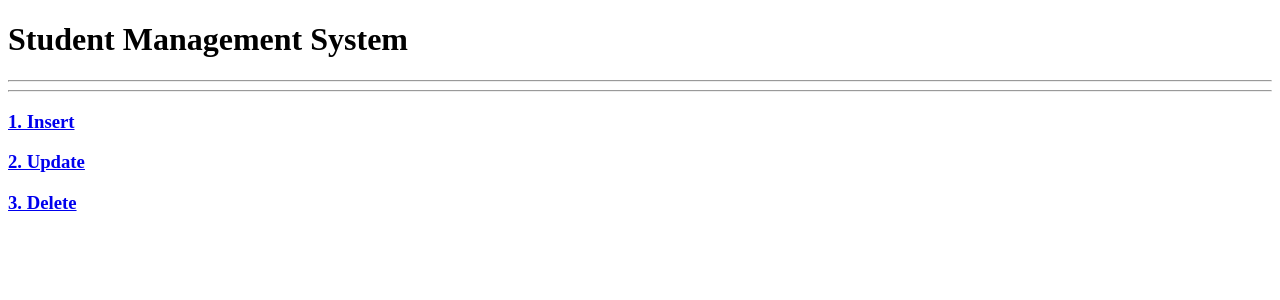
Repository: Vishalrathod8788/JEE-Assignment-1
Page: Pro_3/WebContent/index.html
An editor plug-in stored every save of this project. The page is shown before and after the next save, followed by the edit.
The browser window is 1280 px wide. The pictures show the whole page.

Above is the page before, as saved 2023-08-07 17:47:35.

### Pro_3/WebContent/index.html
<!DOCTYPE html>
<html>
<head>
<meta charset="ISO-8859-1">
<title>CRUD-Home page</title>
</head>
<body>
<h1>Student Management System</h1>
<hr><hr>
<h3>
	<p> <a href="Add.html"> 1. Insert</a>
	<p> <a href="Update.html"> 2. Update</a>
	<p> <a href="Delete.html"> 3. Delete</a>
</h3>
</body>
</html>

After the next save:
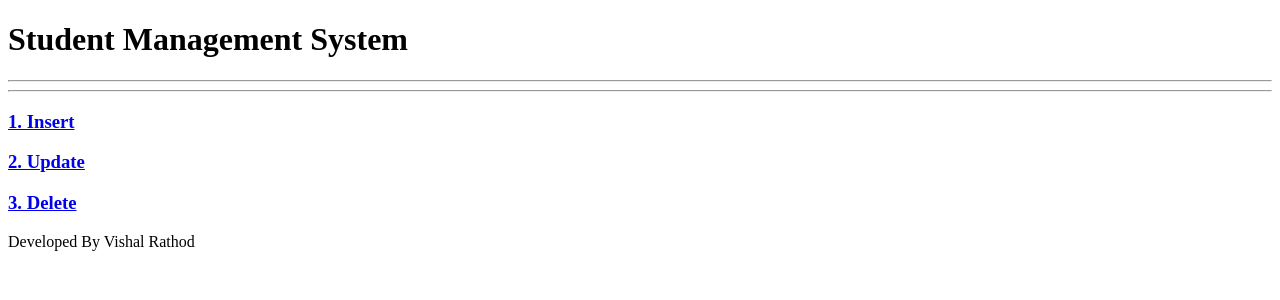
Saved 24 h 3 min later.
--- a/Pro_3/WebContent/index.html
+++ b/Pro_3/WebContent/index.html
@@ -11,6 +11,8 @@
 	<p> <a href="Add.html"> 1. Insert</a>
 	<p> <a href="Update.html"> 2. Update</a>
 	<p> <a href="Delete.html"> 3. Delete</a>
+
 </h3>
+<p>Developed By Vishal Rathod</p>
 </body>
 </html>
